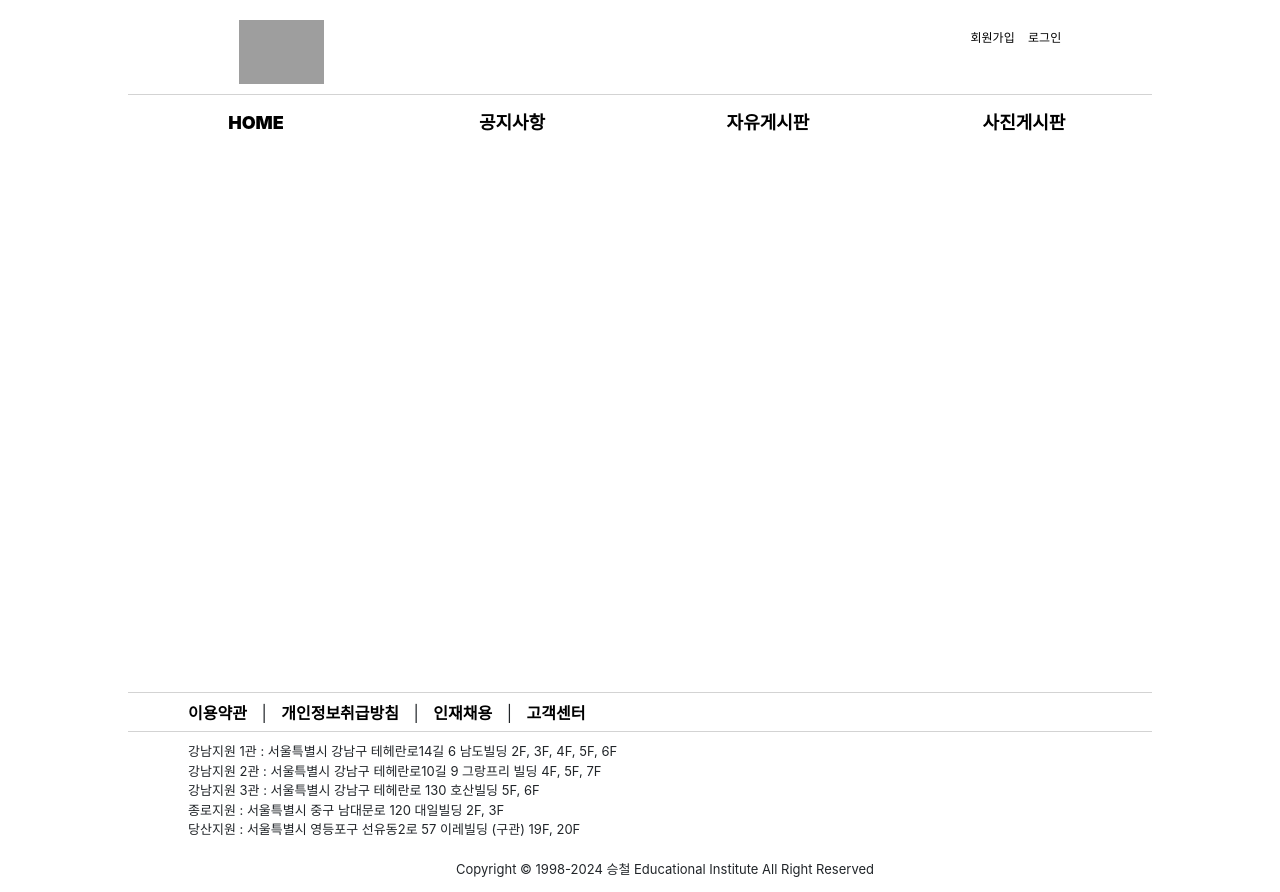
Repository: hololollo/NewSts
Page: http://localhost/springProject/
The author's editor kept a copy of each file at every save. The page is drawn from the files as they stood at one save, then again after the next save.
The browser window is 1280 px wide. The pictures show the whole page.
Pictures or frames that could not be fetched are drawn as grey boxes. The page is served by Tomcat 9. Nobody is signed in. The application's start-up code is not run.

Above is the page before, as saved 2024-06-17 07:59:26.

After the next save:
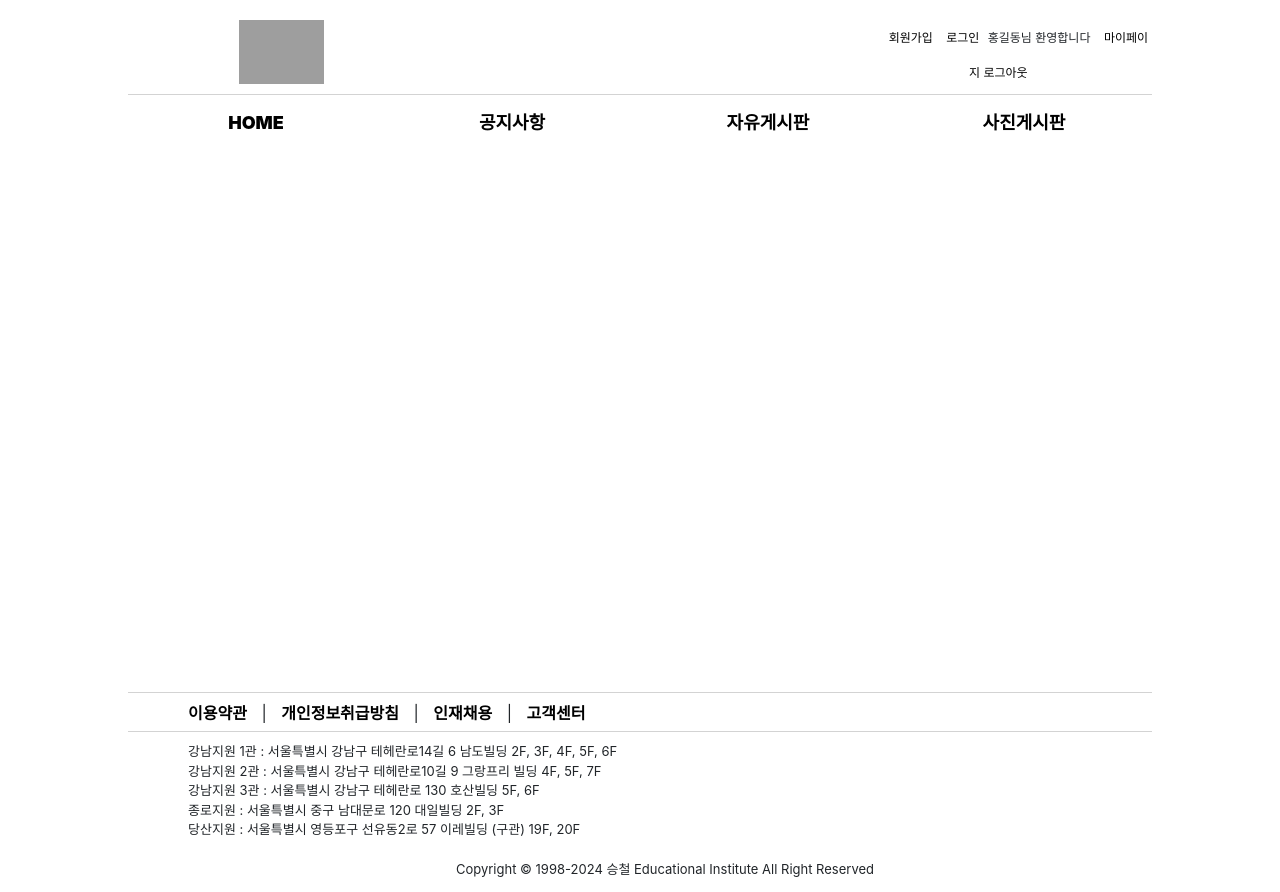
Saved 5 min 23 s later.
--- a/springProject/src/main/webapp/WEB-INF/views/common/menubar.jsp
+++ b/springProject/src/main/webapp/WEB-INF/views/common/menubar.jsp
@@ -65,16 +65,17 @@
             </div>
             <div id="header_1_center"></div>
             <div id="header_1_right">
+
+
                 <!-- 로그인 전 -->
                 <a href="">회원가입</a>
                 <a data-toggle="modal" data-target="#loginModal">로그인</a> <!-- 모달의 원리 : 이 버튼 클릭시 data-targer에 제시되어있는 해당 아이디의 div요소를 띄워줌 -->
 
                 <!-- 로그인 후 -->
-                <!--
-                    <lable>홍길동님 환영합니다</label> &nbsp;&nbsp;
-                    <a href="">마이페이지</a>
-                    <a href="">로그아웃</a>
-                -->
+                <lable>홍길동님 환영합니다</label> &nbsp;&nbsp;
+                <a href="">마이페이지</a>
+                <a href="">로그아웃</a>
+
             </div>
         </div>
         <div id="header_2">

After the 2 saves that followed:
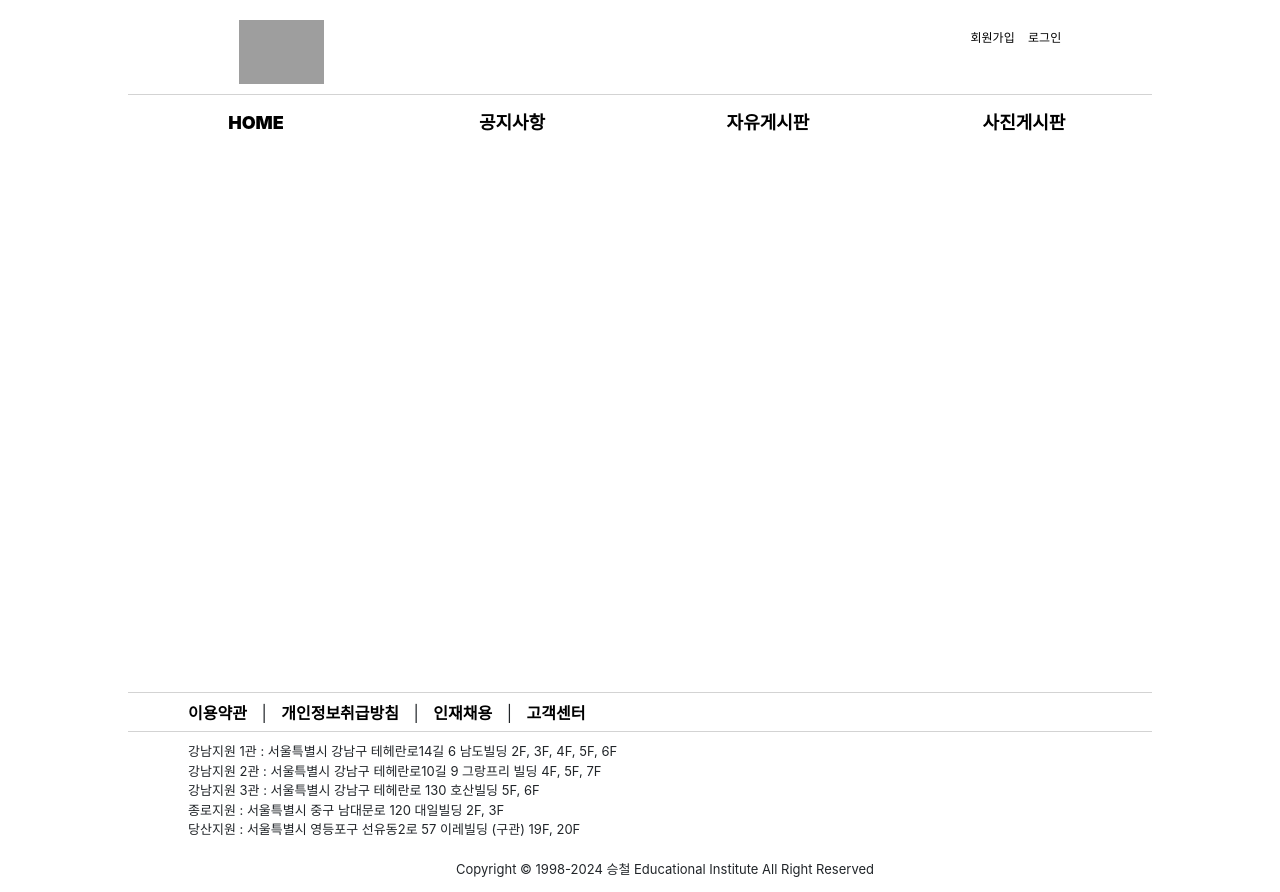
The 2 saves are shown as one change because 1 left the picture as it was.
The last was saved 5 min 54 s later.
--- a/springProject/src/main/webapp/WEB-INF/views/common/menubar.jsp
+++ b/springProject/src/main/webapp/WEB-INF/views/common/menubar.jsp
@@ -1,5 +1,6 @@
 <%@ page language="java" contentType="text/html; charset=UTF-8"
     pageEncoding="UTF-8"%>
+<%@ taglib prefix="c" uri="http://java.sun.com/jsp/jstl/core" %>
 <!DOCTYPE html>
 <html lang="en">
 <head>
@@ -66,16 +67,20 @@
             <div id="header_1_center"></div>
             <div id="header_1_right">
 
-
-                <!-- 로그인 전 -->
-                <a href="">회원가입</a>
-                <a data-toggle="modal" data-target="#loginModal">로그인</a> <!-- 모달의 원리 : 이 버튼 클릭시 data-targer에 제시되어있는 해당 아이디의 div요소를 띄워줌 -->
-
+           	<c:choose>
+            	<c:when test="${ sessionScope.loginUser eq null }">
+            			<%-- ${ empty sessionScope.loginUser } --%>
+	                <!-- 로그인 전 -->
+	                <a href="">회원가입</a>
+	                <a data-toggle="modal" data-target="#loginModal">로그인</a> <!-- 모달의 원리 : 이 버튼 클릭시 data-targer에 제시되어있는 해당 아이디의 div요소를 띄워줌 -->
+                </c:when>
+            	<c:otherwise>
                 <!-- 로그인 후 -->
-                <lable>홍길동님 환영합니다</label> &nbsp;&nbsp;
-                <a href="">마이페이지</a>
-                <a href="">로그아웃</a>
-
+	                <lable>홍길동님 환영합니다</label> &nbsp;&nbsp;
+	                <a href="">마이페이지</a>
+	                <a href="">로그아웃</a>
+				</c:otherwise>
+			</c:choose>
             </div>
         </div>
         <div id="header_2">
